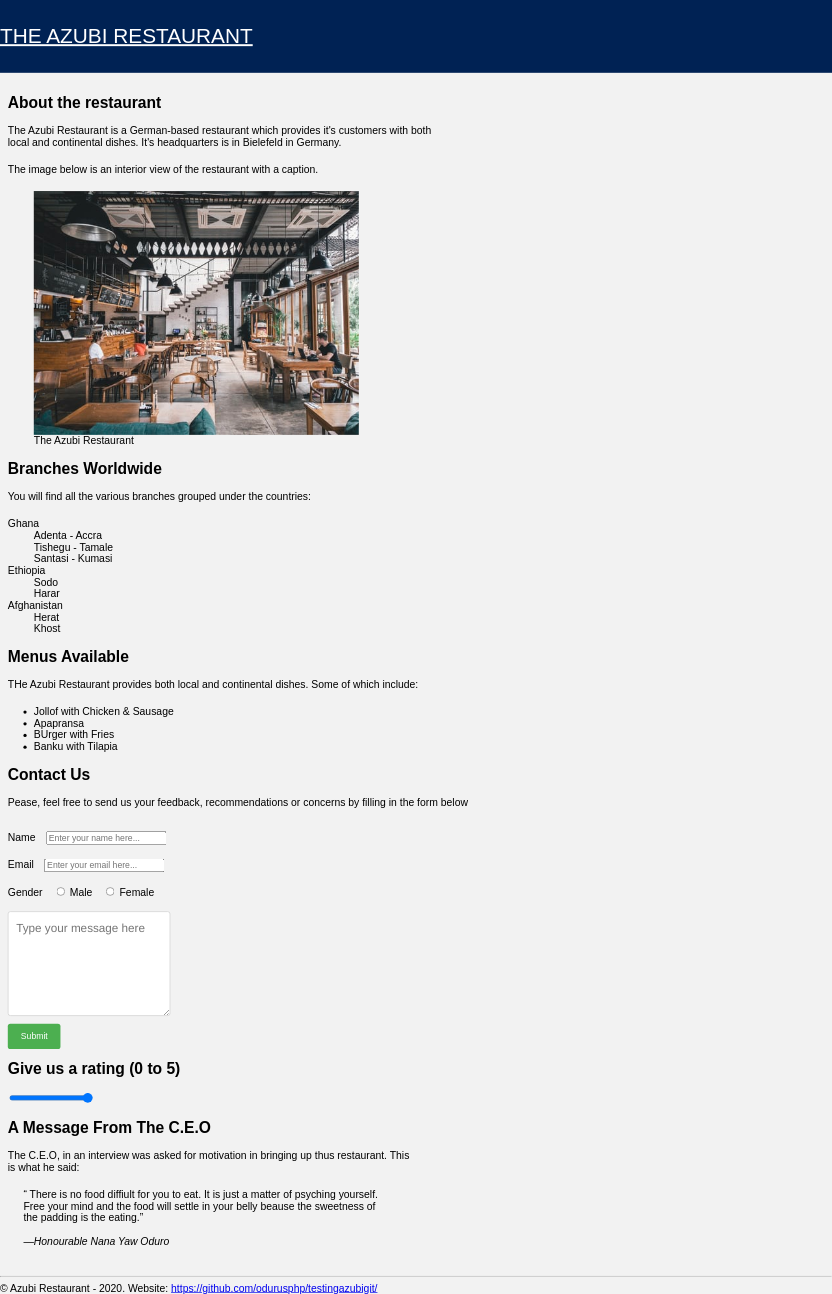
Repository: odurusphp/testingazubigit
Page: Fortune/FortunatusWulnye.html
The author's editor kept a copy of each file at every save. The page is drawn from the files as they stood at one save, then again after the next save.
The browser window is 1280 px wide. The pictures show the whole page, at 65% of full size.

Above is the page before, as saved 2020-08-03 01:58:05.

### Fortune/FortunatusWulnye.html
<!--COMMENTS THAT ARE MINE ARE WRITTEN IN CAPITAL LETTERS-->
<!--THE GENERAL STRUCTURE OF THE PAGE IS GOOD WITH THE INDENTATION TOO-->
<!--THE CLASSES THAT YOU IMPLEMENTED TOO ARE GREAT KEEP IT UP-->
<!DOCTYPE html>
<html lang="en">
  <head>

    <meta charset="UTF-8" />
    <meta name="viewport" content="width=device-width, initial-scale=1.0" />
    <title>The Azubi Restaurant</title>
    <meta name="descrition" content="A website for Azubi restaurant">
    <meta name="author" content="Fortunatus Aabangbio Wulnye">
    <link rel="stylesheet" href="css/style.css">

  </head>

  <body>

      <header class="main-header">
        <div class="brand">
          <h1 class="site-title"><a href="#">THE AZUBI RESTAURANT</a></h1>
        </div>
      </header>

      <main class="main-container">
        <aside class="About">
          <h2>About the restaurant</h2>
          <p>
            The Azubi Restaurant is a German-based restaurant which provides
            it's customers with both <br />
            local and continental dishes. It's headquarters is in Bielefeld in
            Germany.
          </p>
          <p>
            The image below is an interior view of the restaurant with a caption.
          </p>
          <!--IN ADDING THE IMAGE YOU TYPED OUT THE SRC WRONGLY KINDLY TAKE NOTE AND DO WELL TO REVIEW YOUR PAGE ALWAYS-->
        </aside>

        <div class="about-fig">
          <figure>
            <img
              src="images/FortununatusWulnyeRestaurant.jpg"
              alt="Azubi Restaurant"
            />
            <figcaption>The Azubi Restaurant</figcaption>
          </figure>
        </div>

        <section class="branches">
          <h2>Branches Worldwide</h2>
          <p>You will find all the various branches grouped under the countries:</p>
          <dl>
            <dt class="country">Ghana</dt>
            <div class="location">
              <dd>Adenta - Accra</dd>
              <dd>Tishegu - Tamale</dd>
              <dd>Santasi - Kumasi</dd>
            </div>

            <dt class="country">Ethiopia</dt>
            <div class="location">
              <dd>Sodo</dd>
              <dd>Harar</dd>
            </div>

            <dt class="country">Afghanistan</dt>
            <div class="location">
              <dd>Herat</dd>
              <dd>Khost</dd>
            </div>
          </dl>
        </section>

        <section class="menus">
          <h2>Menus Available</h2>
          <p>THe Azubi Restaurant provides both local and continental dishes. Some of which include:</p>
          <ul>
            <li>Jollof with Chicken & Sausage</li>
            <li>Apapransa</li>
            <li>BUrger with Fries</li>
            <li>Banku with Tilapia</li>
          </ul>
        </section>

        <div class="Contact">
          <h2>Contact Us</h2>
          <p>Pease, feel free to send us your feedback, recommendations or concerns by filling in the form below</p>
          <form action="" method="POST">
            <label for="fname">Name</label>
            <input type="text" name="fname" placeholder ="Enter your name here..." required> <br>

            <label for="email">Email</label>
            <input type="text" name="email" placeholder ="Enter your email here..." required> <br>

            <label for="gender">Gender</label>
            <input type="radio" id="male" value="male">
            <label for="gender">Male</label>
            <input type="radio" id="female" value="female">
            <label for="gender">Female</label> <br>

            <textarea name="message" id="" cols="20" rows="5" placeholder="Type your message here"></textarea> <br/>

            <input type="submit" value="Submit"  />
          </form>
          <br>

        </div>
        <br>

        <div class="rating">
          <h2>Give us a rating (0 to 5)</h2>
          <div class="slider">
             <input type="range" min="0" max="5" value="50">
          </div>
        </div>

        <div class="ceomessage">
          <h2>A Message From The C.E.O</h2>
          <P>The C.E.O, in an interview was asked for motivation in bringing up thus restaurant. This<br> is what he said: <blockquote> <q> There is no food diffiult for you to eat. It is just a matter of psyching yourself.<br> Free your mind and the food
          will settle in your belly beause the sweetness of <br> the padding is the eating.</q><br> <br>
        &mdash;<cite>Honourable Nana Yaw Oduro</cite>
      </blockquote>
           </P>
        </div>

      </main>
        <hr />

        <footer>
          &copy; Azubi Restaurant - 2020. Website: <a
          href="https://github.com/odurusphp/testingazubigit/">https://github.com/odurusphp/testingazubigit/</a>
        </footer>

  </body>
</html>

### Fortune/css/style.css
html {
  font-family: sans-serif;
  -webkit-text-size-adjust: 100%;
  -ms-text-size-adjust: 100%;
  justify-content: center;
  align-items: middle;
}
body {
  margin: 0;
  background-color: hsl(0, 0%, 95%);
}

/*--------------------------------------------------------------
Header styles
--------------------------------------------------------------*/

.main-header {
  padding: 1em 0;
  background-color: #002254;
}

h1 {
  text-align: center;
}
.site-title a {
  -js-display: flex;
  display: flex;
  align-items: baseline;
  margin: 0;
  font-weight: 400;
  text-align: center;
  color: white;
}

.main-container {
  border-radius: 2px;
  padding: 12px;
}

aside,
figcaption,
figure,
footer,
header,
main,
nav,
section {
  display: block;
}

a:active,
a:hover {
  outline: 0;
}

b,
strong {
  font-weight: bold;
}

p {
  margin-bottom: 1.5em;
}

h1 {
  font-size: 2em;
  margin: 0.67em 0;
}

img {
  display: block;
  border: 0;
  width: auto;
  height: auto;
}

label {
  padding: 12px 12px 12px 0;
  display: inline-block;
}

input [type="text"],
select,
textarea {
  color: inherit;
  font: inherit;
  margin: 0;
  padding: 12px;
  border: 1px solid #ccc;
  border-radius: 4px;
  resize: vertical;
  margin: 8px 0;
  font-family: "Source Sans Pro", "Helvetica", Arial, sans-serif;
  font-size: 18px;
  line-height: 1.5;
}

input[type="submit"] {
  background-color: #4caf50;
  color: white;
  padding: 12px 20px;
  border: none;
  border-radius: 4px;
  cursor: pointer;
  float: left;
}

select {
  text-transform: none;
}

textarea {
  overflow: auto;
}

input::-moz-focus-inner {
  border: 0;
  padding: 0;
}

input {
  line-height: normal;
}

input[type="radio"] {
  box-sizing: border-box;
  padding: 0;
}

blockquote {
  margin: 0 1.5em;
}

After the next save:
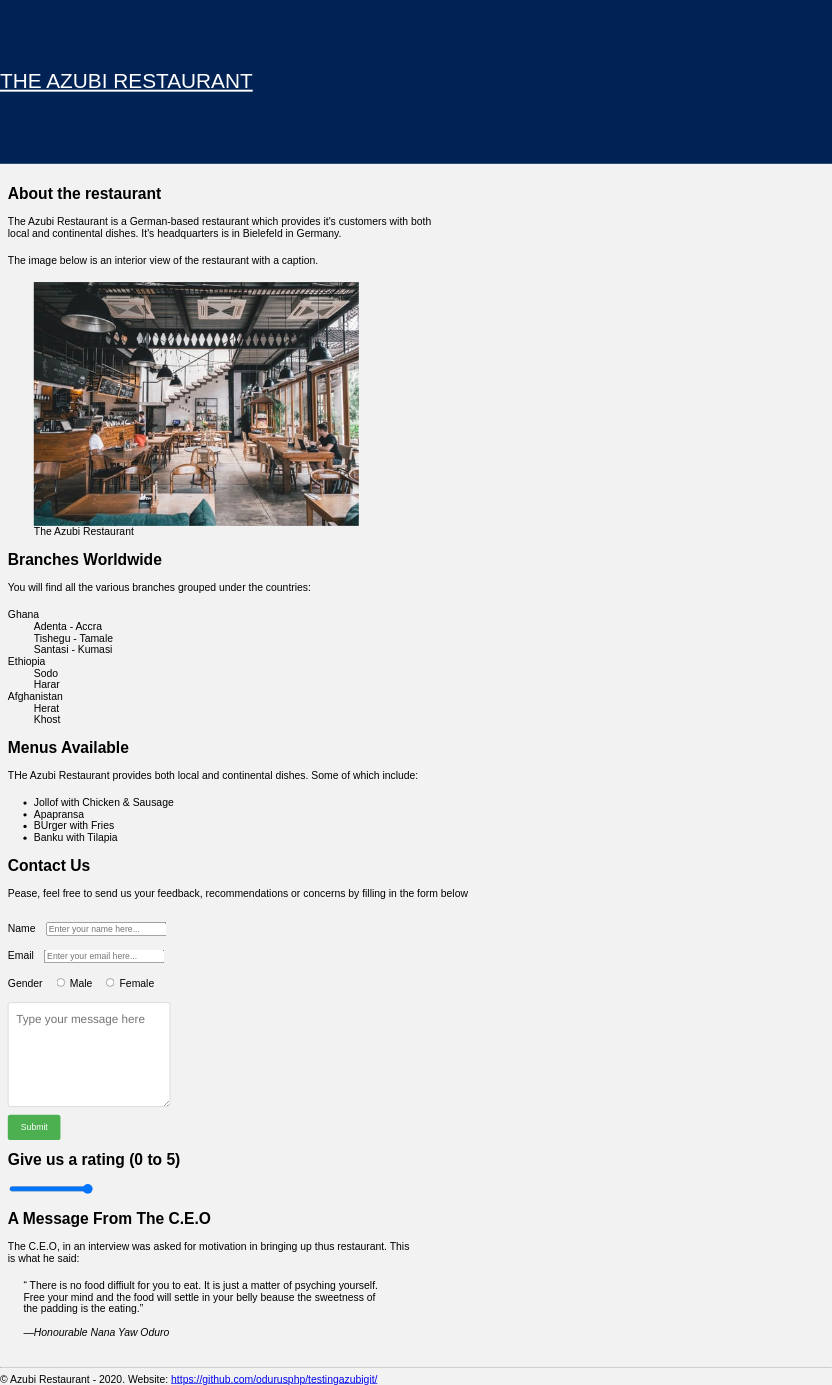
Saved 2 min 10 s later.
--- a/Fortune/css/style.css
+++ b/Fortune/css/style.css
@@ -19,7 +19,8 @@ Header styles
   background-color: #002254;
 }
 
-h1 {
+.brand {
+  padding: 70px 0;
   text-align: center;
 }
 .site-title a {
